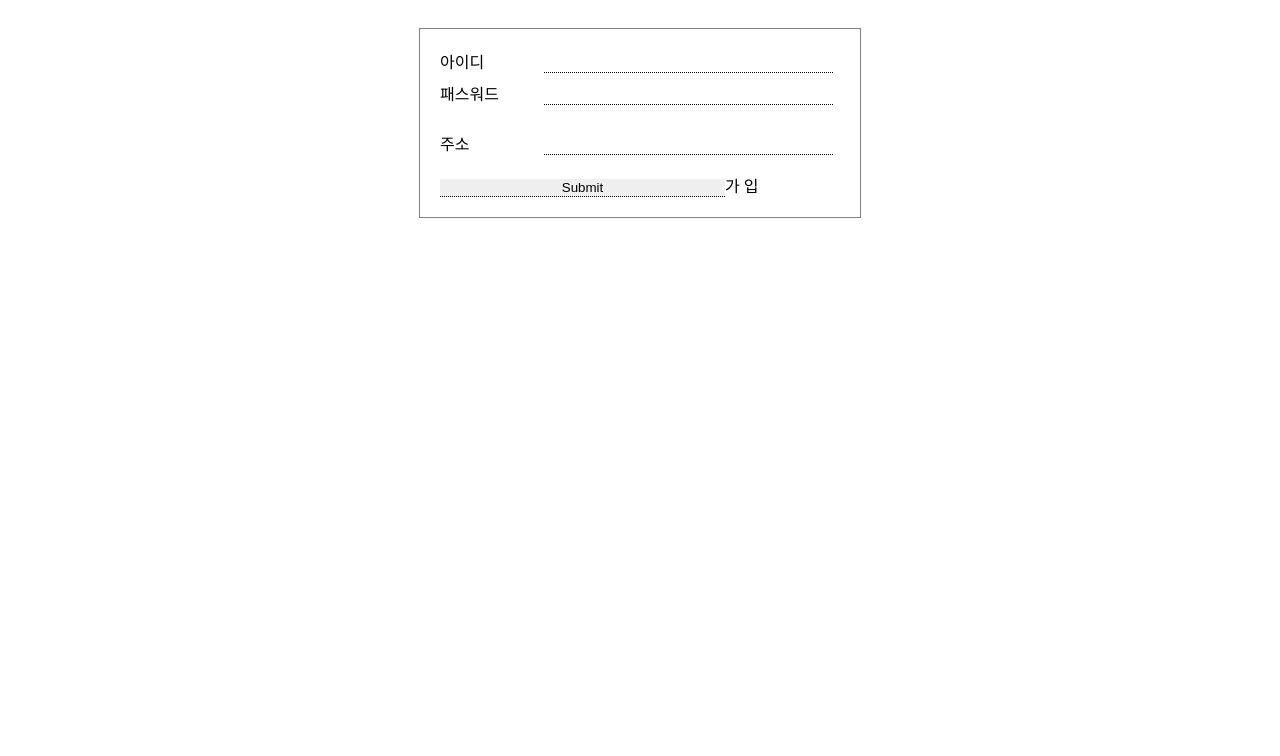
Repository: hyunhub-Park/jspStudy
Page: jspStudy/src/main/webapp/member/write.html
An editor plug-in stored every save of this project. The page is shown before and after the next save, followed by the edit.
The browser window is 1280 px wide. The pictures show the whole page.

Above is the page before, as saved 2024-12-03 12:15:08.

After the next save:
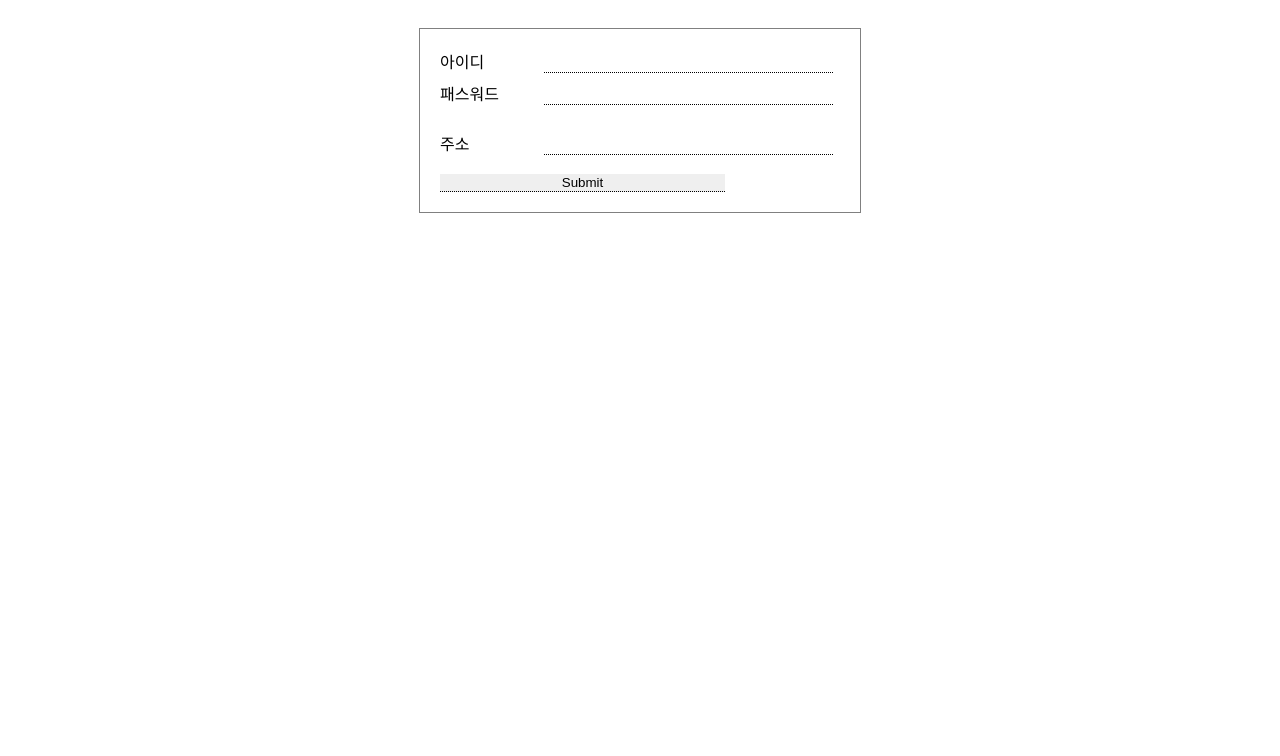
Saved 3 min 58 s later.
--- a/jspStudy/src/main/webapp/member/write.html
+++ b/jspStudy/src/main/webapp/member/write.html
@@ -117,7 +117,7 @@
         <input type="text" name="addr1" id="addr1"> <br> <br>
         <!-- <input type="text" name="addr2" id="addr2"> <br> <br> -->
 
-        <input type="submit">가 입</input>
+        <input type="submit" name="가입"></input>
     </form>
 </body>
 </html>
